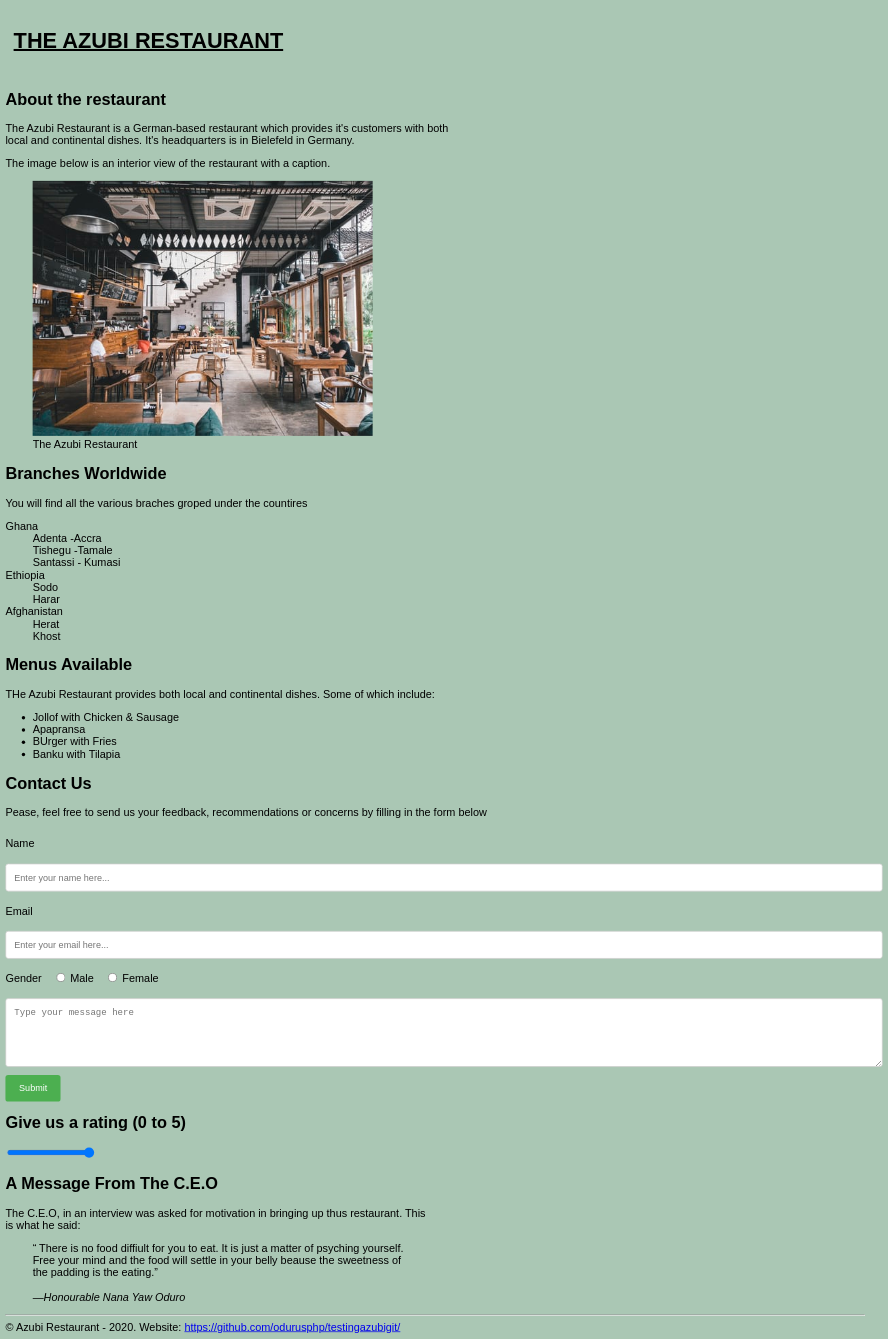
Repository: odurusphp/testingazubigit
Page: Fortune/FortunatusWulnye.html
An editor plug-in stored every save of this project. The page is shown before and after the next save, followed by the edit.
The browser window is 1280 px wide. The page is 1298 px wide, then 1306 px, so the pictures cover 1306 px, including what lies to the right of the window. The pictures show the whole page, at 68% of full size.

Above is the page before, as saved 2020-08-03 00:52:21.

After the next save:
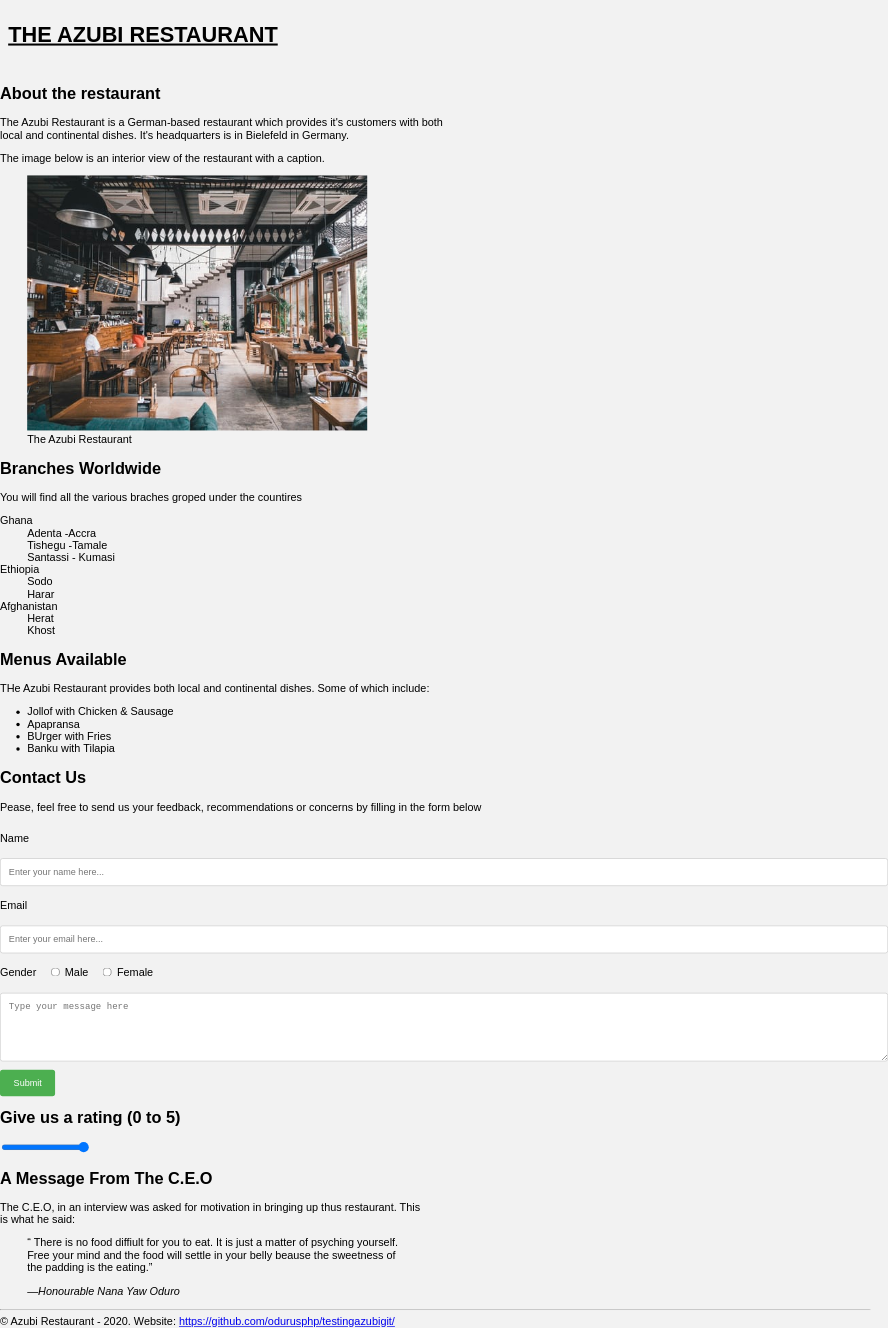
Saved 56 s later.
--- a/Fortune/css/style.css
+++ b/Fortune/css/style.css
@@ -4,8 +4,9 @@ html {
   -ms-text-size-adjust: 100%;
 }
 body {
-  background-color: rgb(170, 199, 180);
   box-sizing: border-box;
+  margin: 0;
+  background-color: hsl(0, 0%, 95%);
 }
 
 .main-container {
